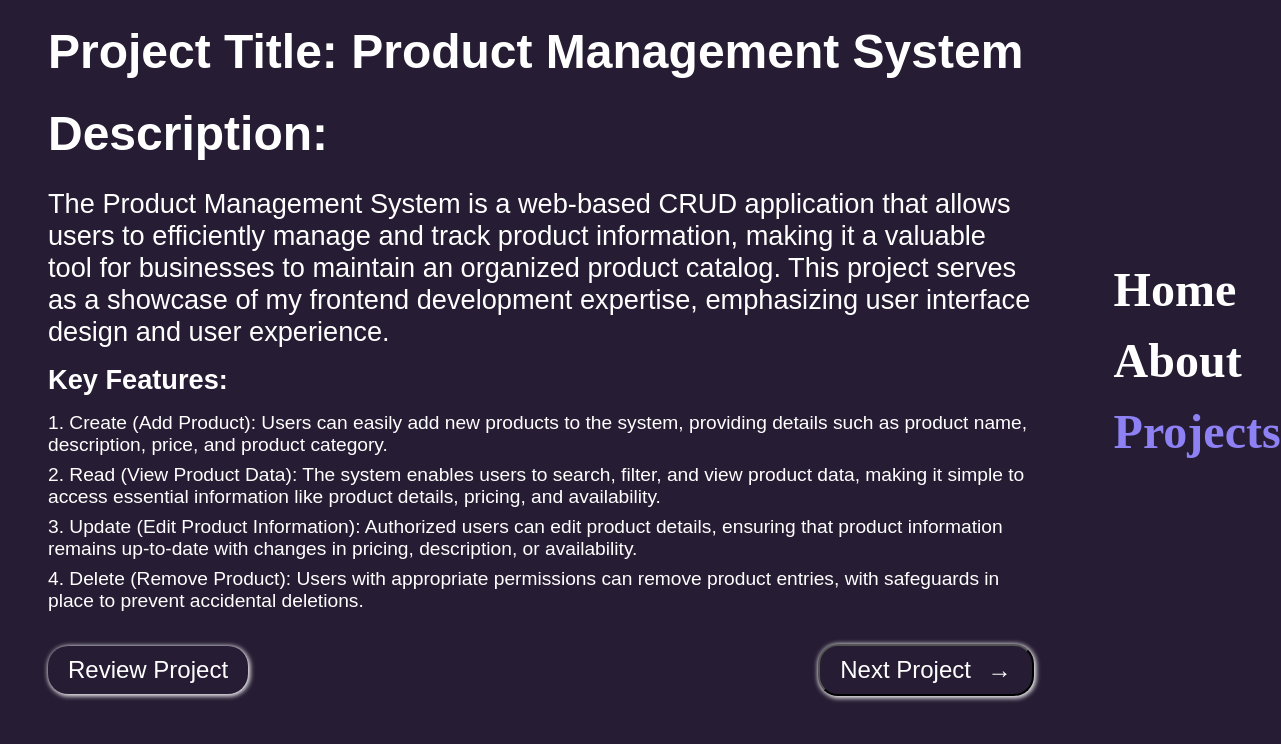
Repository: ahamdy997/portfolio
Page: /projects
These files come from the project's save history. The page is drawn as it stood at one moment and after the next save; the edit follows.
The browser window is 1280 px wide. The page is 1281 px wide, so the pictures cover 1281 px, including what lies to the right of the window. The pictures show the whole page.
The project was rebuilt for these pictures with package versions that can differ from the ones it lists, and the page was loaded fresh each time. Also part of the build but not shown: vue.config.js, src/components/HelloWorld.vue, src/views/HomeView.vue.

Above is the page before, as saved 2023-11-06 01:32:55.

After the next save:
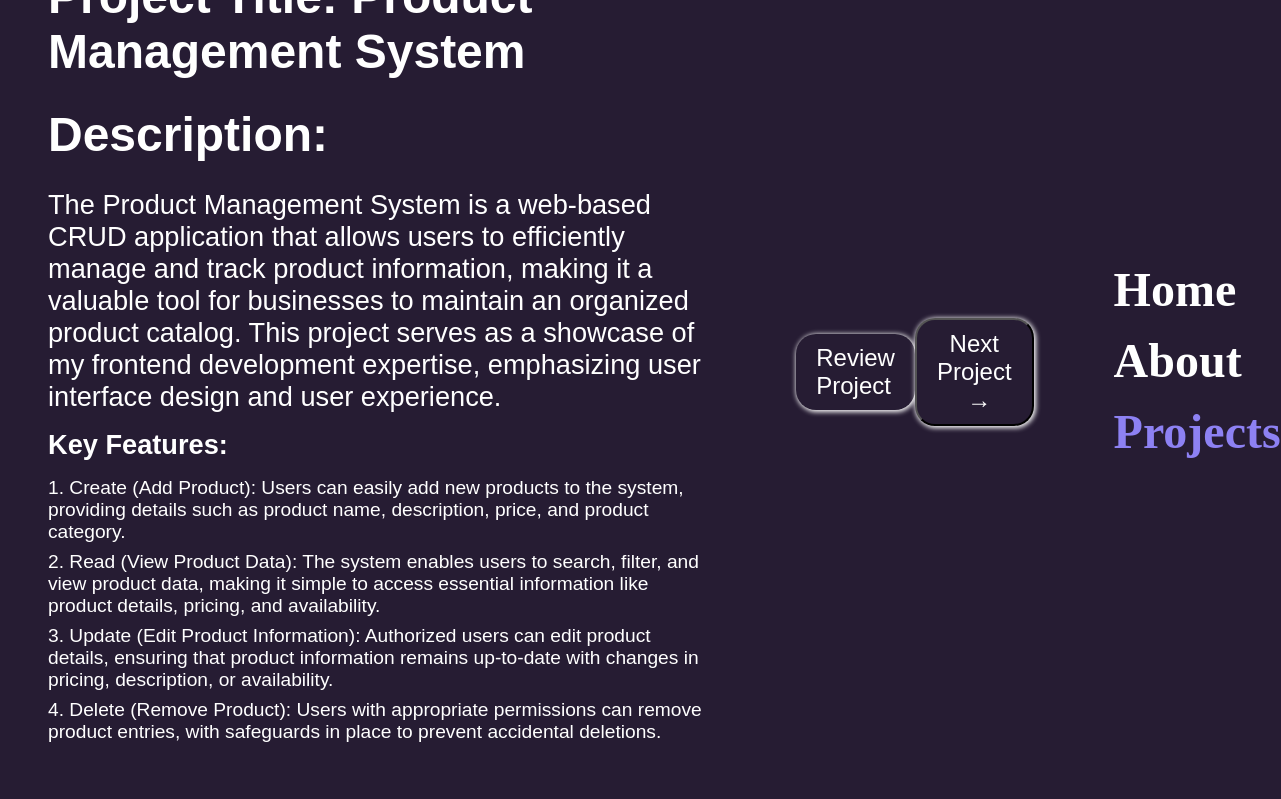
Saved 25 s later.
--- a/src/views/ProjectView.vue
+++ b/src/views/ProjectView.vue
@@ -32,14 +32,14 @@
         deletions.
       </li>
     </ol>
-    <div class="view">
-      <a href="https://ahamdy997.github.io/CRUDS-System/" target="_blank"
-        >Review Project</a
-      >
-      <button type="button" @click="counter++">
-        Next Project <span>&rarr;</span>
-      </button>
-    </div>
+  </div>
+  <div class="view">
+    <a href="https://ahamdy997.github.io/CRUDS-System/" target="_blank"
+      >Review Project</a
+    >
+    <button type="button" @click="counter++">
+      Next Project <span>&rarr;</span>
+    </button>
   </div>
 </template>
 <style scoped>

After the save that followed:
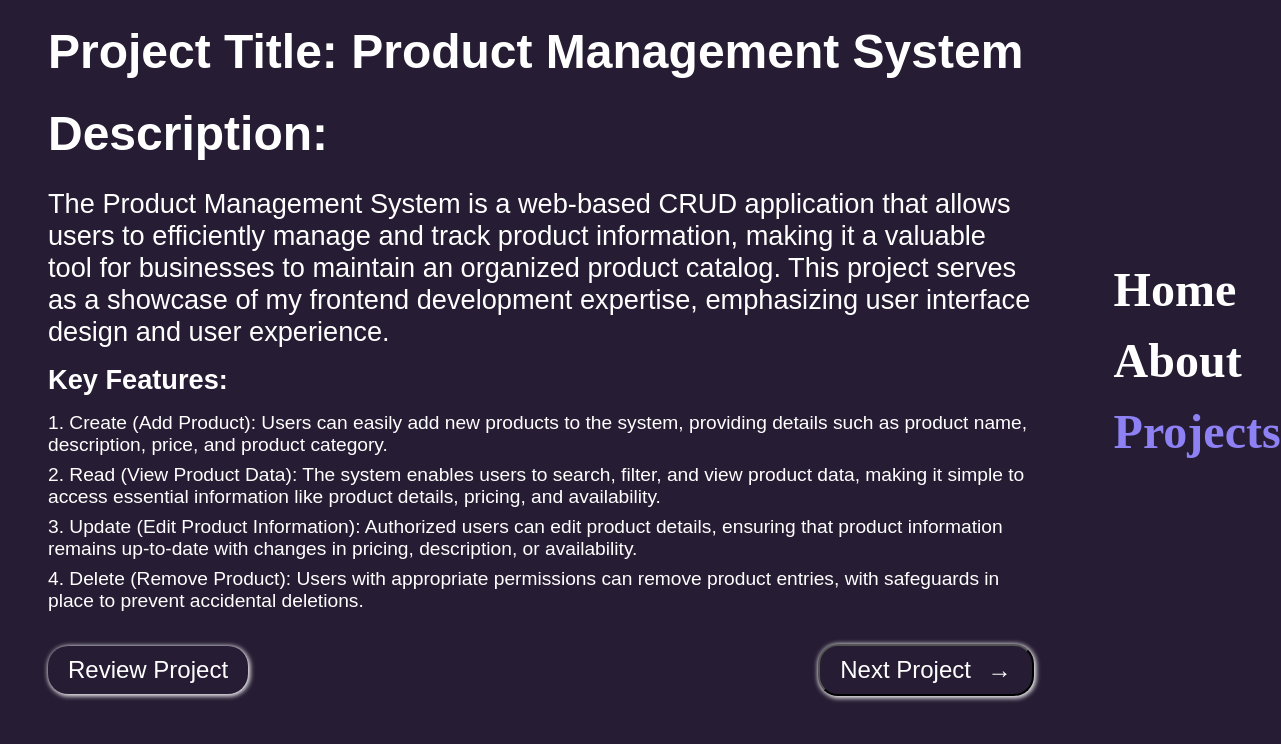
Saved 33 s later.
--- a/src/views/ProjectView.vue
+++ b/src/views/ProjectView.vue
@@ -1,45 +1,47 @@
 <template>
   <div>
-    <h2>Project Title: Product Management System</h2>
-    <h2>Description:</h2>
-    <p>
-      The Product Management System is a web-based CRUD application that allows
-      users to efficiently manage and track product information, making it a
-      valuable tool for businesses to maintain an organized product catalog.
-      This project serves as a showcase of my frontend development expertise,
-      emphasizing user interface design and user experience.
-    </p>
-    <ol>
-      <h3>Key Features:</h3>
-      <li>
-        Create (Add Product): Users can easily add new products to the system,
-        providing details such as product name, description, price, and product
-        category.
-      </li>
-      <li>
-        Read (View Product Data): The system enables users to search, filter,
-        and view product data, making it simple to access essential information
-        like product details, pricing, and availability.
-      </li>
-      <li>
-        Update (Edit Product Information): Authorized users can edit product
-        details, ensuring that product information remains up-to-date with
-        changes in pricing, description, or availability.
-      </li>
-      <li>
-        Delete (Remove Product): Users with appropriate permissions can remove
-        product entries, with safeguards in place to prevent accidental
-        deletions.
-      </li>
-    </ol>
-  </div>
-  <div class="view">
-    <a href="https://ahamdy997.github.io/CRUDS-System/" target="_blank"
-      >Review Project</a
-    >
-    <button type="button" @click="counter++">
-      Next Project <span>&rarr;</span>
-    </button>
+    <div>
+      <h2>Project Title: Product Management System</h2>
+      <h2>Description:</h2>
+      <p>
+        The Product Management System is a web-based CRUD application that
+        allows users to efficiently manage and track product information, making
+        it a valuable tool for businesses to maintain an organized product
+        catalog. This project serves as a showcase of my frontend development
+        expertise, emphasizing user interface design and user experience.
+      </p>
+      <ol>
+        <h3>Key Features:</h3>
+        <li>
+          Create (Add Product): Users can easily add new products to the system,
+          providing details such as product name, description, price, and
+          product category.
+        </li>
+        <li>
+          Read (View Product Data): The system enables users to search, filter,
+          and view product data, making it simple to access essential
+          information like product details, pricing, and availability.
+        </li>
+        <li>
+          Update (Edit Product Information): Authorized users can edit product
+          details, ensuring that product information remains up-to-date with
+          changes in pricing, description, or availability.
+        </li>
+        <li>
+          Delete (Remove Product): Users with appropriate permissions can remove
+          product entries, with safeguards in place to prevent accidental
+          deletions.
+        </li>
+      </ol>
+    </div>
+    <div class="view">
+      <a href="https://ahamdy997.github.io/CRUDS-System/" target="_blank"
+        >Review Project</a
+      >
+      <button type="button" @click="counter++">
+        Next Project <span>&rarr;</span>
+      </button>
+    </div>
   </div>
 </template>
 <style scoped>
